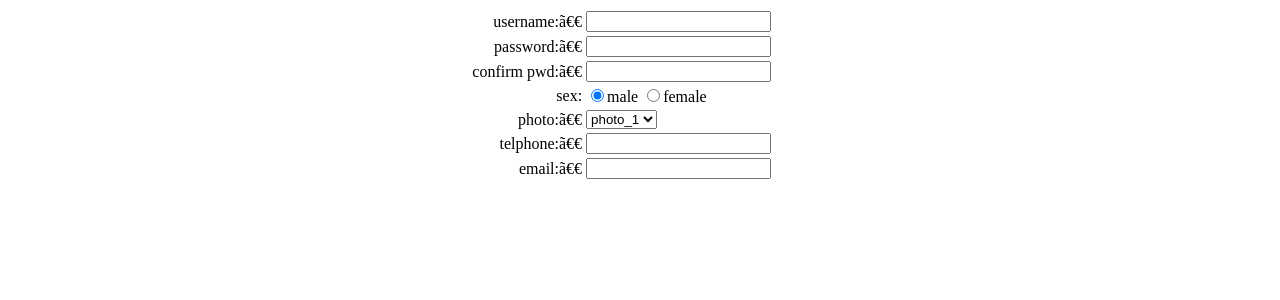
Repository: GetHubByYc/MyEclipse
Page: http://localhost/CheckLogin/reg.jsp
These files come from the project's save history. The page is drawn as it stood at one moment and after the next save; the edit follows.
The browser window is 1280 px wide. The pictures show the whole page.
The page is served by Tomcat 9. Other server files are loaded and not shown.

Above is the page before, as saved 2015-11-13 14:16:17.

### CheckLogin/WebRoot/reg.jsp
<%@ page language="java" import="java.util.*" pageEncoding="ISO-8859-1"%>

<!DOCTYPE HTML PUBLIC "-//W3C//DTD HTML 4.01 Transitional//EN">
<html>
  <head>
    <title>My JSP 'reg.jsp' starting page</title>

	<meta http-equiv="pragma" content="no-cache">
	<meta http-equiv="cache-control" content="no-cache">
	<meta http-equiv="expires" content="0">
	<meta http-equiv="keywords" content="keyword1,keyword2,keyword3">
	<meta http-equiv="description" content="This is my page">
	<!--
	<link rel="stylesheet" type="text/css" href="styles.css">
	-->

  </head>

  <body>
    <table align="center" width="450" border="0">
    	<tr>
    		<td align="right">username:　</td>
    		<td><input type="text" name="username" ></td>
    	</tr>
    	<tr>
    		<td align="right">password:　</td>
    		<td><input type="text" name="pwd" ></td>
    	</tr>
    	<tr>
    		<td align="right">confirm pwd:　</td>
    		<td><input type="text" name="repwd" ></td>
    	</tr>
    	<tr>
    		<td align="right">sex: </td>
    		<td>
    			<input type="radio" name="sex" value="male" checked="checked">male
    			<input type="radio" name="sex" value="fmale">female
    		</td>

    	</tr>
    	<tr>
    		<td align="right">photo:　</td>
    		<td>
    			<select name="photo" id="photo" onchange="change();">
    				<option value="images/avatar_Dante_small1.jpg" selected="selected">photo_1</option>
    				<option value="images/avatar_Go_small1.jpg">photo_2</option>
    				<img id="photo_img" src="images/avatar_Dante_small1.jpg">
    			</select>

    		</td>
    	</tr>
    	<tr>
    		<td align="right">telphone:　</td>
    		<td><input type="text" name="tel" ></td>
    	</tr>
    	<tr>
    		<td align="right">email:　</td>
    		<td><input type="text" name="email" ></td>
    	</tr>
    </table>
  </body>
</html>

After the next save:
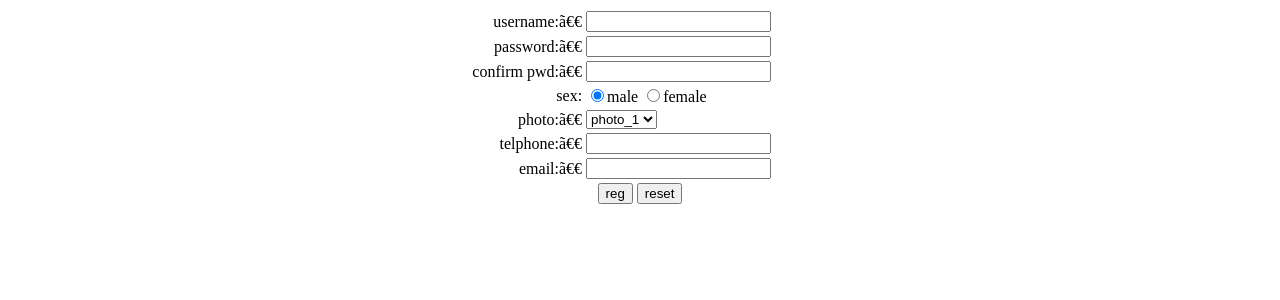
Saved 52 s later.
--- a/CheckLogin/WebRoot/reg.jsp
+++ b/CheckLogin/WebRoot/reg.jsp
@@ -57,6 +57,12 @@
     		<td align="right">email:　</td>
     		<td><input type="text" name="email" ></td>
     	</tr>
+    	<tr>
+    		<td colspan="2" align="center">
+    			<input type="submit" value="reg">
+    			<input type="reset" value="reset">
+    		</td>
+    	</tr>
     </table>
   </body>
 </html>
